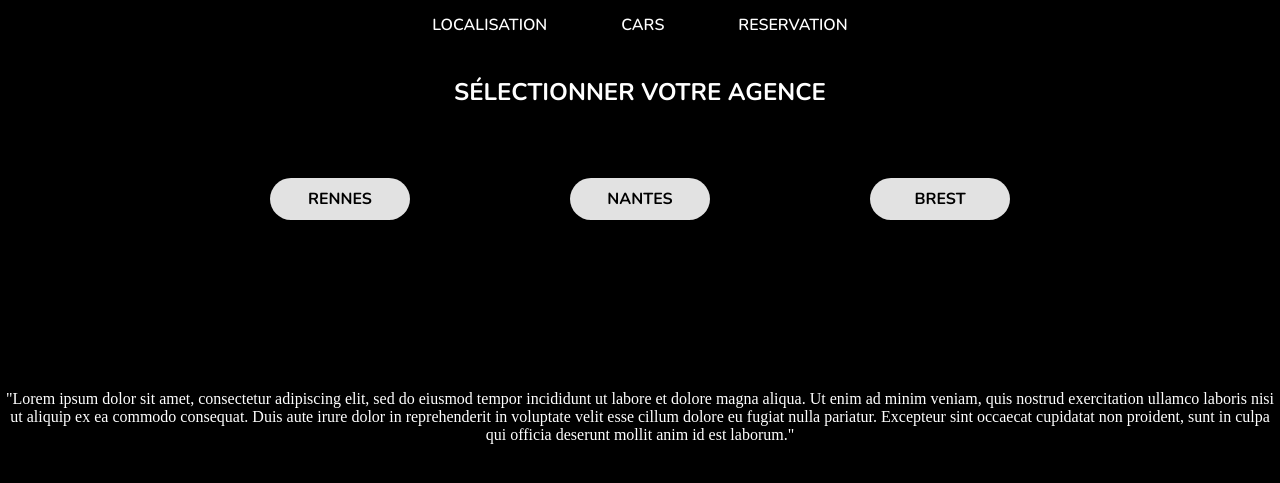
Repository: romgrm/jenaipasdevoiture
Page: src/main/java/fr/romgrm/index.html
The author's editor kept a copy of each file at every save. The page is drawn from the files as they stood at one save, then again after the next save.
The browser window is 1280 px wide. The pictures show the whole page.
An inner scrolling area shows only its first screen.

Above is the page before, as saved 2020-10-15 21:44:50.

### src/main/java/fr/romgrm/index.html
<!DOCTYPE html>
<html lang="fr">
    <head>
        <title>JENAIPASDARGENT</title>
        <link rel="stylesheet" href="style.css" type="text/css"/>
        <link href="https://fonts.googleapis.com/css2?family=Nunito:ital,wght@0,600;0,700;0,800;1,200;1,300&display=swap" rel="stylesheet">
    </head>
    <body>

        <div class="container">

            <nav class="navbar">
                <ul>
                    <li><a href="#LOCALISATION">LOCALISATION</a></li>
                    <li><a href="#SELECTCAR">CARS</a></li>
                    <li><a href="#RECAPITULATE">RESERVATION</a></li>
                </ul>
            </nav>


            <Section id="LOCALISATION">
                 <h2>SÉLECTIONNER VOTRE AGENCE</h2>
                 <ul>
                     <li class="agence"><a id="zo">RENNES</a></li>
                     <li class="agence"><a>NANTES</a></li>
                     <li class="agence"><a>BREST</a></li>
                 </ul>
                 <p>"Lorem ipsum dolor sit amet, consectetur adipiscing elit, sed do eiusmod tempor incididunt ut labore et dolore magna aliqua. Ut enim ad minim veniam, quis nostrud exercitation ullamco laboris nisi ut aliquip ex ea commodo consequat. Duis aute irure dolor in reprehenderit in voluptate velit esse cillum dolore eu fugiat nulla pariatur. Excepteur sint occaecat cupidatat non proident, sunt in culpa qui officia deserunt mollit anim id est laborum."</p>
            </Section>




            <Section id="SELECTCAR">
                <h2>CARS</h2>
                <p>"Lorem ipsum dolor sit amet, consectetur adipiscing elit, sed do eiusmod tempor incididunt ut labore et dolore magna aliqua. Ut enim ad minim veniam, quis nostrud exercitation ullamco laboris nisi ut aliquip ex ea commodo consequat. Duis aute irure dolor in reprehenderit in voluptate velit esse cillum dolore eu fugiat nulla pariatur. Excepteur sint occaecat cupidatat non proident, sunt in culpa qui officia deserunt mollit anim id est laborum."</p>
            </Section>




            <Section id="RECAPITULATE">
                <h2>SHOP</h2>
                <p>"Lorem ipsum dolor sit amet, consectetur adipiscing elit, sed do eiusmod tempor incididunt ut labore et dolore magna aliqua. Ut enim ad minim veniam, quis nostrud exercitation ullamco laboris nisi ut aliquip ex ea commodo consequat. Duis aute irure dolor in reprehenderit in voluptate velit esse cillum dolore eu fugiat nulla pariatur. Excepteur sint occaecat cupidatat non proident, sunt in culpa qui officia deserunt mollit anim id est laborum."</p>
            </Section>



        </div>
    </body>
</html>

### src/main/java/fr/romgrm/style.css
*{
    margin: 0;
    padding: 0;
}


body{
  color: white;
  /* desactiver le scroll dans le body (pas oublier
  de lui donner une taille sinon ça marche pas*/
  height: 100vh;
  overflow: hidden;

}

.container{
    height: 100%;
    width: 100%;
    /*SCROLL SMOOTH*/
    overflow-y: scroll;
    scroll-behavior: smooth;
    scroll-snap-type: y mandatory;
}

.navbar{
   /* background-color: rgba(0, 0, 0, 0.5); */
    position: fixed;
    top: 0;
    z-index: 1;
    display: flex;
    width: 100%;
    height: 50px;
    font-family: 'Nunito', sans-serif;
    font-weight: 900 bold ;
}

.navbar ul{
    display: flex;
    list-style-type: none;
    width: 100%;
    justify-content: center;
    align-items: center;
    gap: 10px;
}

.navbar ul li{
    margin: 0 1rem;
    padding: 1rem;

}

.navbar ul li a{
    color: white;
    text-decoration: none;
    transition: all .5s;
    -moz-transition: all .5s;
    -webkit-transition: all .5s;
    -o-transition: all .5s;
    -ms-transition: all .5s;

}

.navbar ul li a:hover{
    transform : scale(5);
 -moz-transform : scale(1.25);
 -webkit-transform : scale(1.25);
 -o-transform : scale(1.25);
 -ms-transform : scale(1.25);
    /*color: rgb(105, 105, 105); */
}




Section{
    display: flex;
    flex-direction: column;
    width: 100%;
    height: 100vh; /* vh = Viewport Height : permet de dimensioner par rapport à la taille de l'écran*/
    text-align: center;
    justify-content: center;
    align-items: center;
    /*SCROLL SNAP ALIGN*/
    scroll-snap-align: center;

}


/*////////////////////////////////////////////////////////////////////////////////////////////////////////////*/



#LOCALISATION{
    background-color: black;
    margin: 0;
    padding: 0;
    /*background: url('https://source.unsplash.com/K2tdx2mFDHc/1600x900') no-repeat center center/cover;;*/
}

#LOCALISATION h2{
    position: relative;
    bottom: 200px;
    font-family: 'Nunito', sans-serif;
    font-weight: 800 bold ;

}

#LOCALISATION ul{
    position: relative;
    bottom: 150px;
    display: flex;
    width: 100%;
    align-items: center;
    justify-content: center;
}

#LOCALISATION ul li{
    margin: 20px 80px 20px 80px;
    list-style-type: none;

}

#LOCALISATION ul li a{
    font-family: 'Nunito', sans-serif;
    font-weight: 700;
    color: black;
}

.agence:hover a{
    background-color: rgb(80, 133, 163);
    color: white;
}




.agence{
    background-color: rgb(226, 226, 226);
    padding: 10px 20px;
    width: 100px;
    border-radius: 50px;
    text-align: center;
    align-items: center;
    justify-content: center;

}

#LOCALISATION p{

}


/*////////////////////////////////////////////////////////////////////////////////////////////////////////////*/



#SELECTCAR{
    background-color: red;
}

#SELECTCAR h2{

}

#SELECTCAR p{

}


/*////////////////////////////////////////////////////////////////////////////////////////////////////////////*/


#RECAPITULATE{
    background-color: blue;
}

#RECAPITULATE h2{

}

#RECAPITULATE p{

}

After the next save:
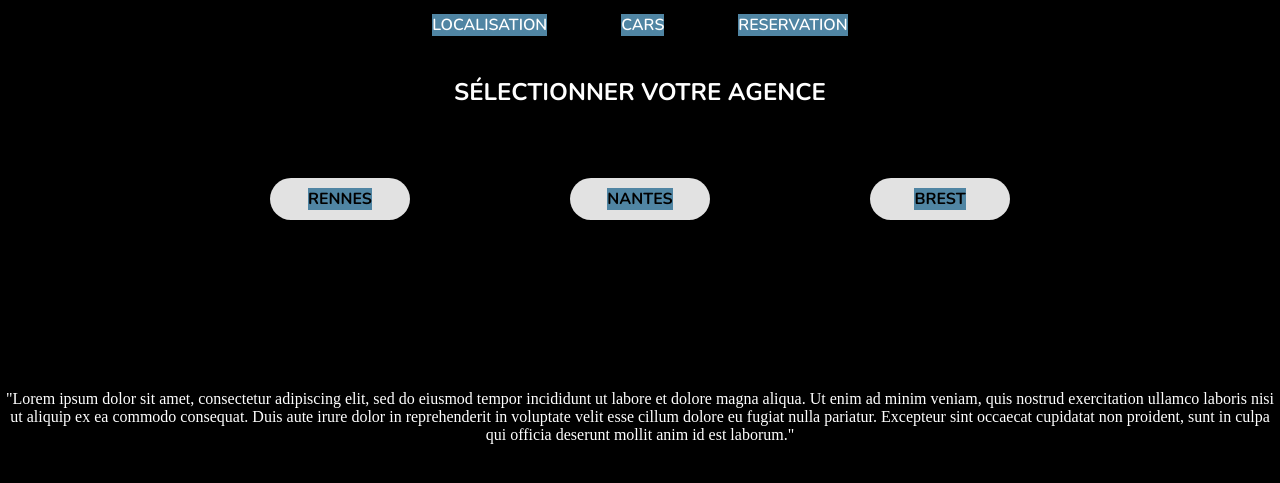
Saved 11 s later.
--- a/src/main/java/fr/romgrm/style.css
+++ b/src/main/java/fr/romgrm/style.css
@@ -126,7 +126,7 @@
     color: black;
 }
 
-.agence:hover a{
+.agence:hover, a{
     background-color: rgb(80, 133, 163);
     color: white;
 }

After the save that followed:
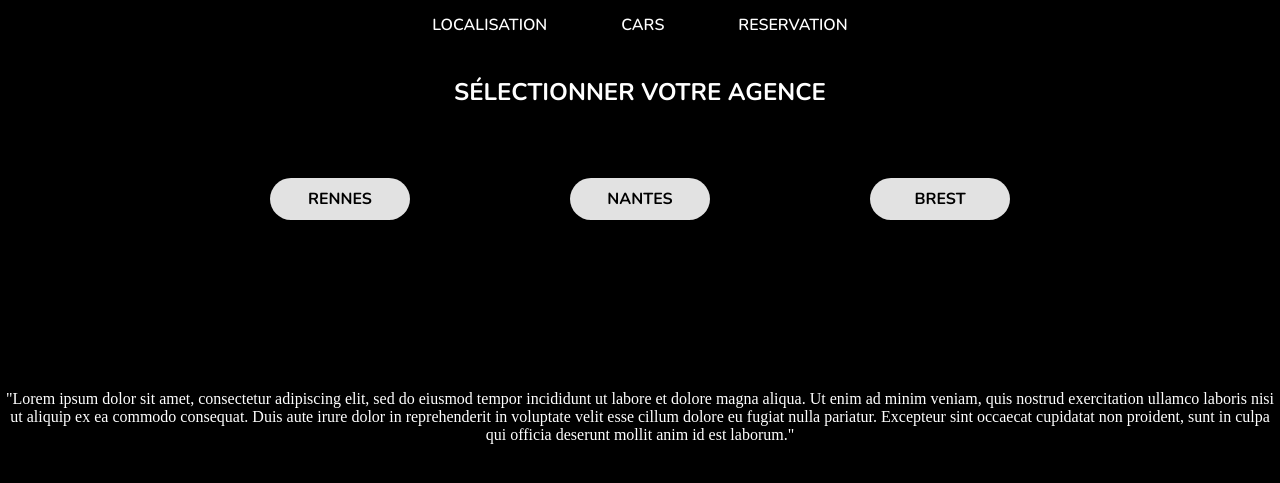
Saved 12 s later.
--- a/src/main/java/fr/romgrm/style.css
+++ b/src/main/java/fr/romgrm/style.css
@@ -127,7 +127,7 @@
 }
 
 .agence:hover, a{
-    background-color: rgb(80, 133, 163);
+    /*background-color: rgb(80, 133, 163); */
     color: white;
 }
 
